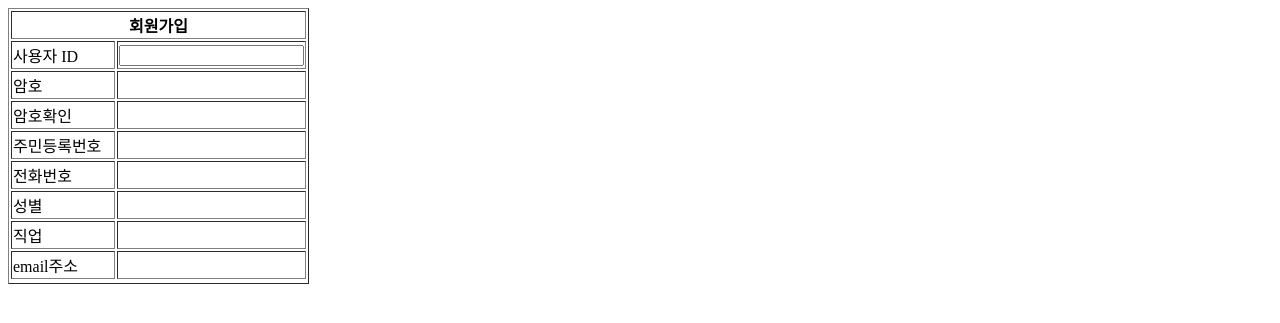
Repository: wishinghyun/multicampus
Page: webwork/clientweb/WebContent/html/customer.html
These files come from the project's save history. The page is drawn as it stood at one moment and after the next save; the edit follows.
The browser window is 1280 px wide. The pictures show the whole page.

Above is the page before, as saved 2020-01-02 07:38:27.

### webwork/clientweb/WebContent/html/customer.html
<!DOCTYPE html>
<html>
<head>
<meta charset="EUC-KR">
<title>Insert title here</title>
</head>
<body>
	<table border="1">
		<tr>
			<th colspan="2">회원가입</th>
		</tr>
		<tr>
			<td width="100">사용자 ID</td>
			<td><input type="text" name=id></td>
		</tr>
		<tr>
			<td>암호</td><td></td>
		</tr>
		<tr>
			<td>암호확인</td><td></td>
		</tr>
		<tr>
			<td>주민등록번호</td><td></td>
		</tr>
		<tr>
			<td>전화번호</td><td></td>
		</tr>
		<tr>
			<td>성별</td><td></td>
		</tr>
		<tr>
			<td>직업</td><td></td>
		</tr>
		<tr>
			<td>email주소</td><td></td>
		</tr>
		<tr>

		</tr>

	</table>
</body>
</html>

After the next save:
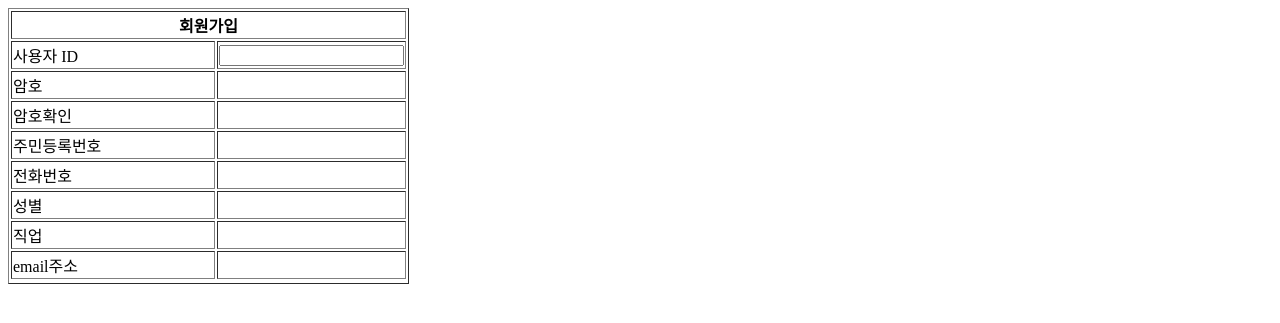
Saved 5 s later.
--- a/webwork/clientweb/WebContent/html/customer.html
+++ b/webwork/clientweb/WebContent/html/customer.html
@@ -10,7 +10,7 @@
 			<th colspan="2">회원가입</th>
 		</tr>
 		<tr>
-			<td width="100">사용자 ID</td>
+			<td width="200">사용자 ID</td>
 			<td><input type="text" name=id></td>
 		</tr>
 		<tr>

After the save that followed:
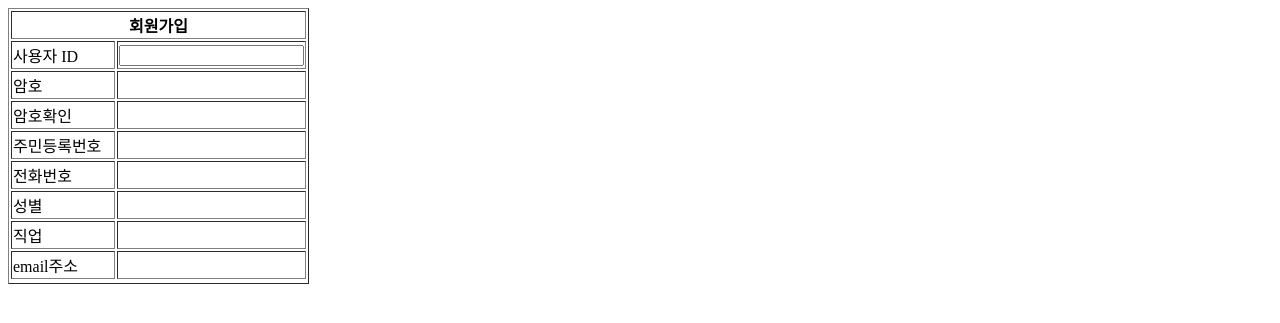
Saved 5 s later.
--- a/webwork/clientweb/WebContent/html/customer.html
+++ b/webwork/clientweb/WebContent/html/customer.html
@@ -10,7 +10,7 @@
 			<th colspan="2">회원가입</th>
 		</tr>
 		<tr>
-			<td width="200">사용자 ID</td>
+			<td width="100">사용자 ID</td>
 			<td><input type="text" name=id></td>
 		</tr>
 		<tr>
